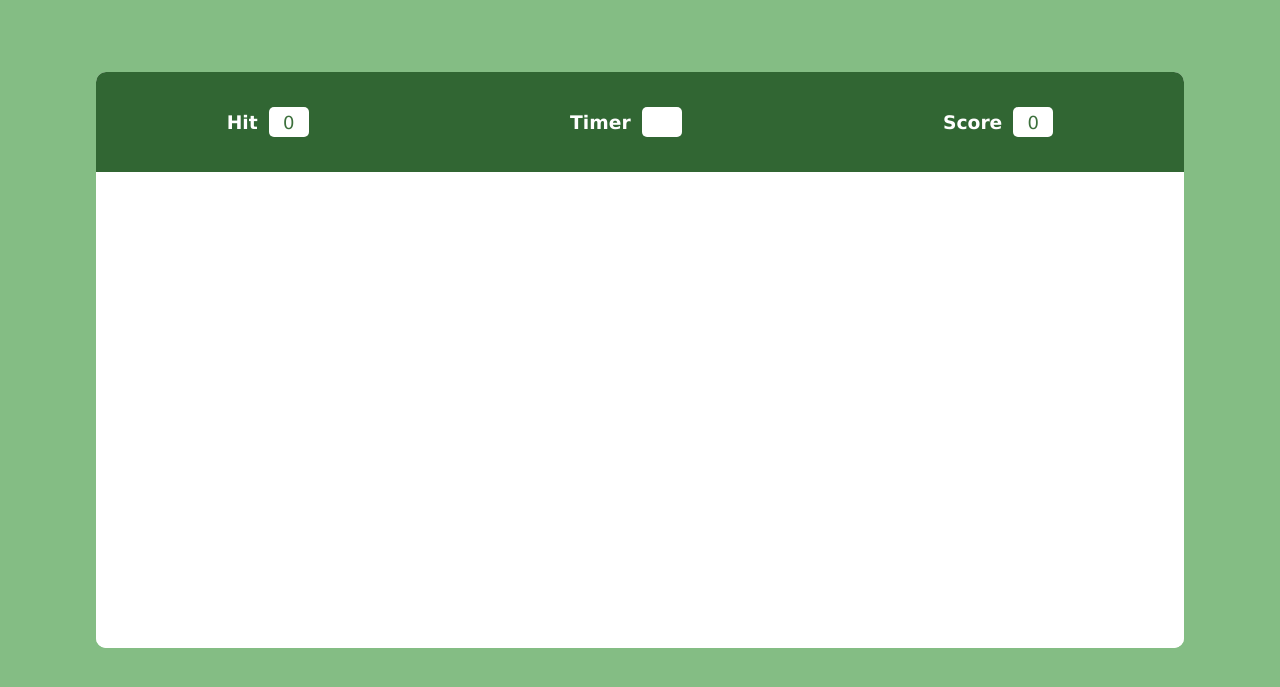
Repository: ketansharma22/BubbleGame
Page: index.html
These files come from the project's save history. The page is drawn as it stood at one moment and after a run of saves; the edit follows.
The browser window is 1280 px wide. The pictures show the whole page.

Above is the page before, as saved 2024-02-18 23:45:31.
Console error: SyntaxError: Unexpected identifier 'generateBubble'

After the next 2 saves:
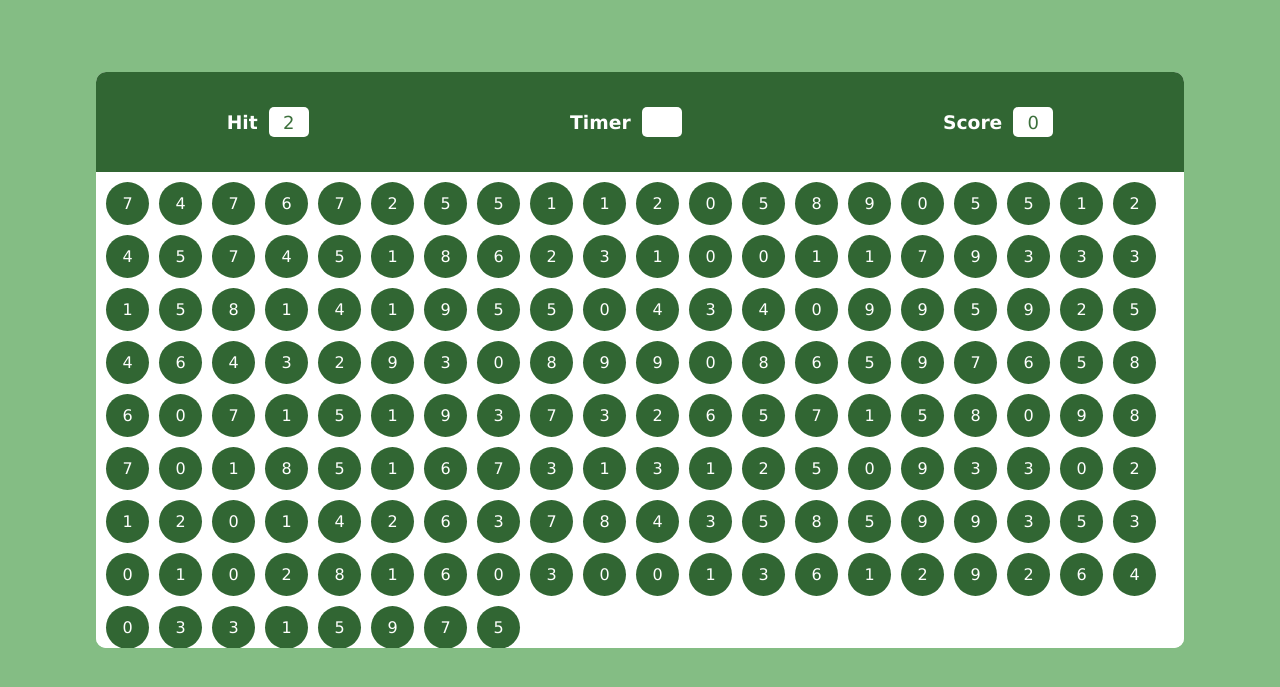
The error is gone.
The 2 saves are shown as one change because they came seconds apart.
The last was saved 2 s later.
--- a/scripts.js
+++ b/scripts.js
@@ -24,7 +24,9 @@ function timerStart(){
     },1000)
 }
 
-function scoreInecrease
+function scoreInecrease(){
+
+}
 
 generateBubble();
 hitGenerate();
